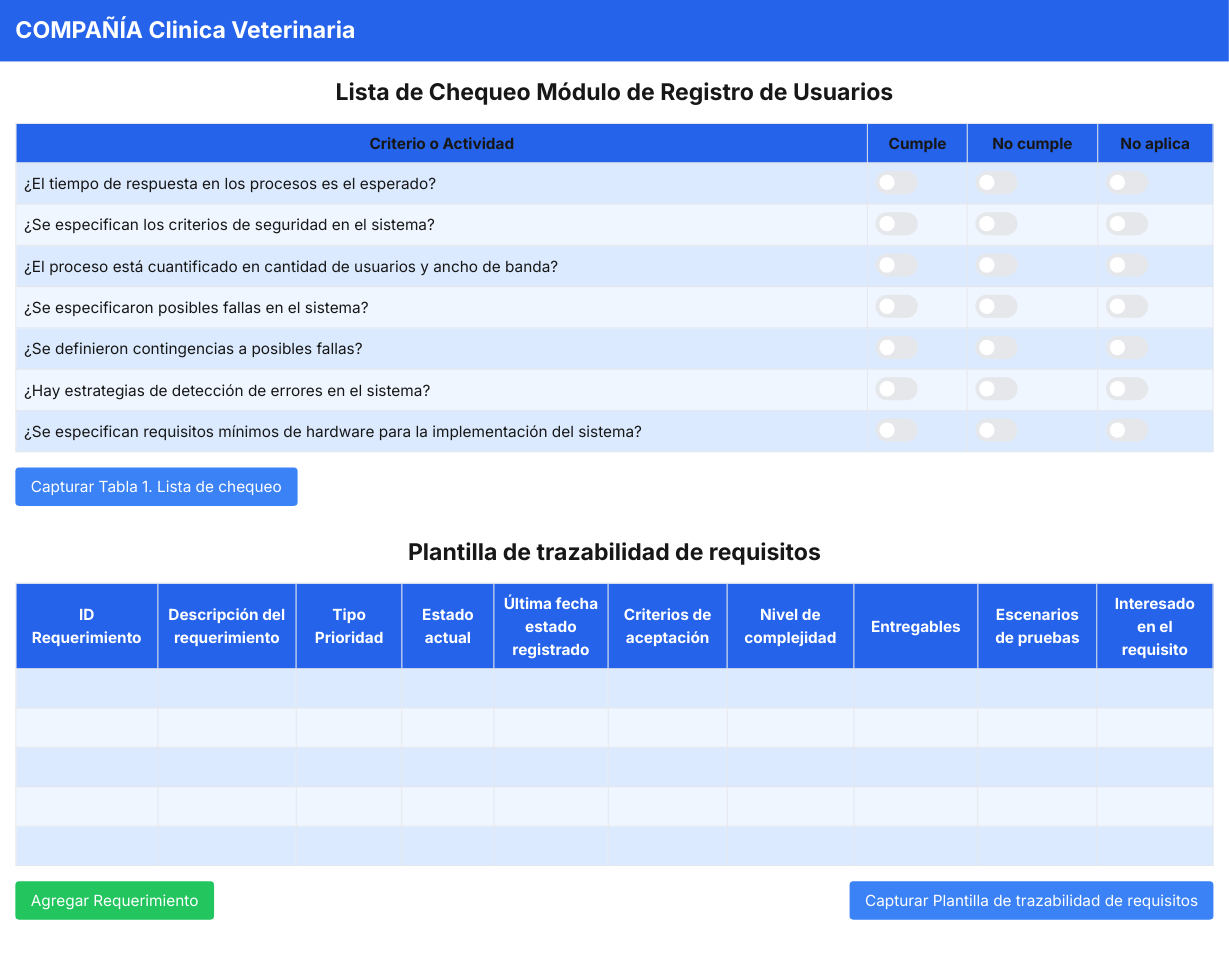
Repository: CiroAlfa/lista-de-Chequeo
Page: /
The author's editor kept a copy of each file at every save. The page is drawn from the files as they stood at one save, then again after the next save.
The browser window is 1280 px wide. The pictures show the whole page, at 96% of full size.
The project was rebuilt for these pictures with package versions that can differ from the ones it lists, and the page was loaded fresh each time. The framework's server and built-in components were replaced by stand-ins that run in the browser. Also part of the build but not shown: next.config.mjs.

Above is the page before, as saved 2024-09-27 12:41:04.

### src/app/layout.tsx
import './globals.css'
import type { Metadata } from 'next'
import { Inter } from 'next/font/google'

const inter = Inter({ subsets: ['latin'] })

export const metadata: Metadata = {
  title: 'Checklist App - Clinica Veterinaria',
  description: 'Aplicación de chequeo y trazabilidad de requisitos',
}

export default function RootLayout({
  children,
}: {
  children: React.ReactNode
}) {
  return (
    <html lang="es">
      <body className={inter.className}>
        <header className="bg-blue-600 text-white p-4">
          <h1 className="text-2xl font-bold">COMPAÑÍA Clinica Veterinaria</h1>
        </header>
        {children}
      </body>
    </html>
  )
}

### src/app/page.tsx
'use client'

import { useState } from 'react'
import { Switch } from '@headlessui/react'
import html2canvas from 'html2canvas'

interface ChecklistItem {
  id: number
  criteria: string
  cumple: boolean
  noCumple: boolean
  noAplica: boolean
}

interface RequirementItem {
  id: string
  description: string
  priority: string
  status: string
  lastUpdated: string
  acceptanceCriteria: string
  complexity: string
  deliverables: string
  testScenarios: string
  stakeholder: string
}

const initialChecklist: ChecklistItem[] = [
  { id: 1, criteria: '¿El tiempo de respuesta en los procesos es el esperado?', cumple: false, noCumple: false, noAplica: false },
  { id: 2, criteria: '¿Se especifican los criterios de seguridad en el sistema?', cumple: false, noCumple: false, noAplica: false },
  { id: 3, criteria: '¿El proceso está cuantificado en cantidad de usuarios y ancho de banda?', cumple: false, noCumple: false, noAplica: false },
  { id: 4, criteria: '¿Se especificaron posibles fallas en el sistema?', cumple: false, noCumple: false, noAplica: false },
  { id: 5, criteria: '¿Se definieron contingencias a posibles fallas?', cumple: false, noCumple: false, noAplica: false },
  { id: 6, criteria: '¿Hay estrategias de detección de errores en el sistema?', cumple: false, noCumple: false, noAplica: false },
  { id: 7, criteria: '¿Se especifican requisitos mínimos de hardware para la implementación del sistema?', cumple: false, noCumple: false, noAplica: false },
]

const initialRequirements: RequirementItem[] = Array(5).fill(null).map((_, index) => ({
  id: ``,
  description: '',
  priority: '',
  status: '',
  lastUpdated: '',
  acceptanceCriteria: '',
  complexity: '',
  deliverables: '',
  testScenarios: '',
  stakeholder: '',
}))

export default function Home() {
  const [checklist, setChecklist] = useState<ChecklistItem[]>(initialChecklist)
  const [requirements, setRequirements] = useState<RequirementItem[]>(initialRequirements)

  const handleChecklistChange = (id: number, field: 'cumple' | 'noCumple' | 'noAplica') => {
    setChecklist(checklist.map(item => {
      if (item.id === id) {
        const newItem = { ...item, [field]: !item[field] }
        if (newItem[field]) {
          newItem.cumple = field === 'cumple'
          newItem.noCumple = field === 'noCumple'
          newItem.noAplica = field === 'noAplica'
        }
        return newItem
      }
      return item
    }))
  }

  const handleRequirementChange = (id: string, field: keyof RequirementItem, value: string) => {
    setRequirements(requirements.map(item =>
      item.id === id ? { ...item, [field]: value } : item
    ))
  }

  const addRequirement = () => {
    const newId = `REQ00${requirements.length + 1}`
    setRequirements([...requirements, {
      id: newId,
      description: '',
      priority: '',
      status: '',
      lastUpdated: '',
      acceptanceCriteria: '',
      complexity: '',
      deliverables: '',
      testScenarios: '',
      stakeholder: '',
    }])
  }

  const captureScreenshot = async (elementId: string, fileName: string) => {
    const element = document.getElementById(elementId)
    if (element) {
      const canvas = await html2canvas(element)
      const image = canvas.toDataURL('image/png')
      const link = document.createElement('a')
      link.href = image
      link.download = fileName
      link.click()
    }
  }

  return (
    <main className="container mx-auto p-4">
      <div className="mb-8" id="checklist-table">
        <h2 className="text-2xl font-bold mb-4 text-center">Lista de Chequeo Módulo de Registro de Usuarios</h2>
        <table className="w-full border-collapse">
          <thead>
            <tr className="bg-blue-600 text-red">
              <th className="border p-2">Criterio o Actividad</th>
              <th className="border p-2">Cumple</th>
              <th className="border p-2">No cumple</th>
              <th className="border p-2">No aplica</th>
            </tr>
          </thead>
          <tbody>
            {checklist.map((item, index) => (
              <tr key={item.id} className={index % 2 === 0 ? 'bg-blue-100' : 'bg-blue-50'}>
                <td className="border p-2">{item.criteria}</td>
                <td className="border p-2">
                  <Switch
                    checked={item.cumple}
                    onChange={() => handleChecklistChange(item.id, 'cumple')}
                    className={`${item.cumple ? 'bg-blue-600' : 'bg-gray-200'} relative inline-flex h-6 w-11 items-center rounded-full`}
                  >
                    <span className={`${item.cumple ? 'translate-x-6' : 'translate-x-1'} inline-block h-4 w-4 transform rounded-full bg-white transition`} />
                  </Switch>
                </td>
                <td className="border p-2">
                  <Switch
                    checked={item.noCumple}
                    onChange={() => handleChecklistChange(item.id, 'noCumple')}
                    className={`${item.noCumple ? 'bg-blue-600' : 'bg-gray-200'} relative inline-flex h-6 w-11 items-center rounded-full`}
                  >
                    <span className={`${item.noCumple ? 'translate-x-6' : 'translate-x-1'} inline-block h-4 w-4 transform rounded-full bg-white transition`} />
                  </Switch>
                </td>
                <td className="border p-2">
                  <Switch
                    checked={item.noAplica}
                    onChange={() => handleChecklistChange(item.id, 'noAplica')}
                    className={`${item.noAplica ? 'bg-blue-600' : 'bg-gray-200'} relative inline-flex h-6 w-11 items-center rounded-full`}
                  >
                    <span className={`${item.noAplica ? 'translate-x-6' : 'translate-x-1'} inline-block h-4 w-4 transform rounded-full bg-white transition`} />
                  </Switch>
                </td>
              </tr>
            ))}
          </tbody>
        </table>
        <button
          onClick={() => captureScreenshot('checklist-table', 'lista-de-chequeo.png')}
          className="mt-4 bg-blue-500 text-white px-4 py-2 rounded hover:bg-blue-600 transition-colors"
        >
          Capturar Tabla 1. Lista de chequeo
        </button>
      </div>

      <div className="mb-8" id="requirements-table">
        <h2 className="text-2xl font-bold mb-4 text-center">Plantilla de trazabilidad de requisitos</h2>
        <table className="w-full border-collapse">
          <thead>
            <tr className="bg-blue-600 text-white">
              <th className="border p-2">ID Requerimiento</th>
              <th className="border p-2">Descripción del requerimiento</th>
              <th className="border p-2">Tipo Prioridad</th>
              <th className="border p-2">Estado actual</th>
              <th className="border p-2">Última fecha estado registrado</th>
              <th className="border p-2">Criterios de aceptación</th>
              <th className="border p-2">Nivel de complejidad</th>
              <th className="border p-2">Entregables</th>
              <th className="border p-2">Escenarios de pruebas</th>
              <th className="border p-2">Interesado en el requisito</th>
            </tr>
          </thead>
          <tbody>
            {requirements.map((item, index) => (
              <tr key={index} className={index % 2 === 0 ? 'bg-blue-100' : 'bg-blue-50'}>
                <td className="border p-2">
                  <input
                    type="text"
                    value={item.id}
                    onChange={(e) => handleRequirementChange(item.id, 'id', e.target.value)}
                    className="w-full bg-transparent"
                  />
                </td>
                <td className="border p-2">
                  <input
                    type="text"
                    value={item.description}
                    onChange={(e) => handleRequirementChange(item.id, 'description', e.target.value)}
                    className="w-full bg-transparent"
                  />
                </td>
                <td className="border p-2">
                  <input
                    type="text"
                    value={item.priority}
                    onChange={(e) => handleRequirementChange(item.id, 'priority', e.target.value)}
                    className="w-full bg-transparent"
                  />
                </td>
                <td className="border p-2">
                  <input
                    type="text"
                    value={item.status}
                    onChange={(e) => handleRequirementChange(item.id, 'status', e.target.value)}
                    className="w-full bg-transparent"
                  />
                </td>
                <td className="border p-2">
                  <input
                    type="text"
                    value={item.lastUpdated}
                    onChange={(e) => handleRequirementChange(item.id, 'lastUpdated', e.target.value)}
                    className="w-full bg-transparent"
                  />
                </td>
                <td className="border p-2">
                  <input
                    type="text"
                    value={item.acceptanceCriteria}
                    onChange={(e) => handleRequirementChange(item.id, 'acceptanceCriteria', e.target.value)}
                    className="w-full bg-transparent"
                  />
                </td>
                <td className="border p-2">
                  <input
                    type="text"
                    value={item.complexity}
                    onChange={(e) => handleRequirementChange(item.id, 'complexity', e.target.value)}
                    className="w-full bg-transparent"
                  />
                </td>
                <td className="border p-2">
                  <input
                    type="text"
                    value={item.deliverables}
                    onChange={(e) => handleRequirementChange(item.id, 'deliverables', e.target.value)}
                    className="w-full bg-transparent"
                  />
                </td>
                <td className="border p-2">
                  <input
                    type="text"
                    value={item.testScenarios}
                    onChange={(e) => handleRequirementChange(item.id, 'testScenarios', e.target.value)}
                    className="w-full bg-transparent"
                  />
                </td>
                <td className="border p-2">
                  <input
                    type="text"
                    value={item.stakeholder}
                    onChange={(e) => handleRequirementChange(item.id, 'stakeholder', e.target.value)}
                    className="w-full bg-transparent"
                  />
                </td>
              </tr>
            ))}
          </tbody>
        </table>
        <div className="mt-4 flex justify-between">
          <button
            onClick={addRequirement}
            className="bg-green-500 text-white px-4 py-2 rounded hover:bg-green-600 transition-colors"
          >
            Agregar Requerimiento
          </button>
          <button
            onClick={() => captureScreenshot('requirements-table', 'plantilla-trazabilidad-requisitos.png')}
            className="bg-blue-500 text-white px-4 py-2 rounded hover:bg-blue-600 transition-colors"
          >
            Capturar Plantilla de trazabilidad de requisitos
          </button>
        </div>
      </div>
    </main>
  )
}

Loaded but not shown: src/app/globals.css (common file); tailwind.config.ts (common file)

After the next save:
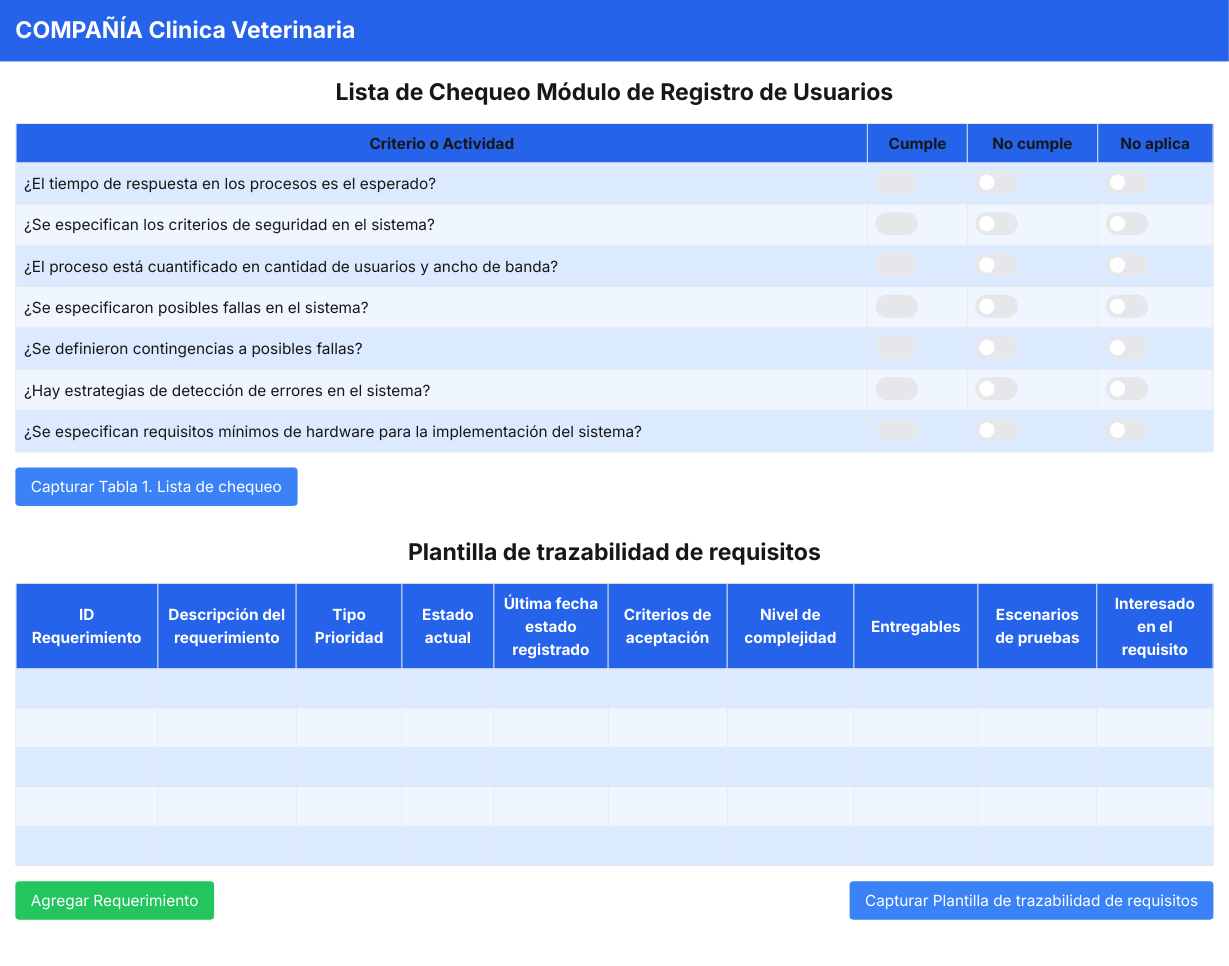
Saved 77 s later.
--- a/src/app/page.tsx
+++ b/src/app/page.tsx
@@ -124,7 +124,7 @@ export default function Home() {
                     onChange={() => handleChecklistChange(item.id, 'cumple')}
                     className={`${item.cumple ? 'bg-blue-600' : 'bg-gray-200'} relative inline-flex h-6 w-11 items-center rounded-full`}
                   >
-                    <span className={`${item.cumple ? 'translate-x-6' : 'translate-x-1'} inline-block h-4 w-4 transform rounded-full bg-white transition`} />
+                    <span className={`${item.cumple ? 'translate-x-6' : 'translate-x-1'} inline-block h-4 w-4 transform rounded-full bg-red`} />
                   </Switch>
                 </td>
                 <td className="border p-2">
